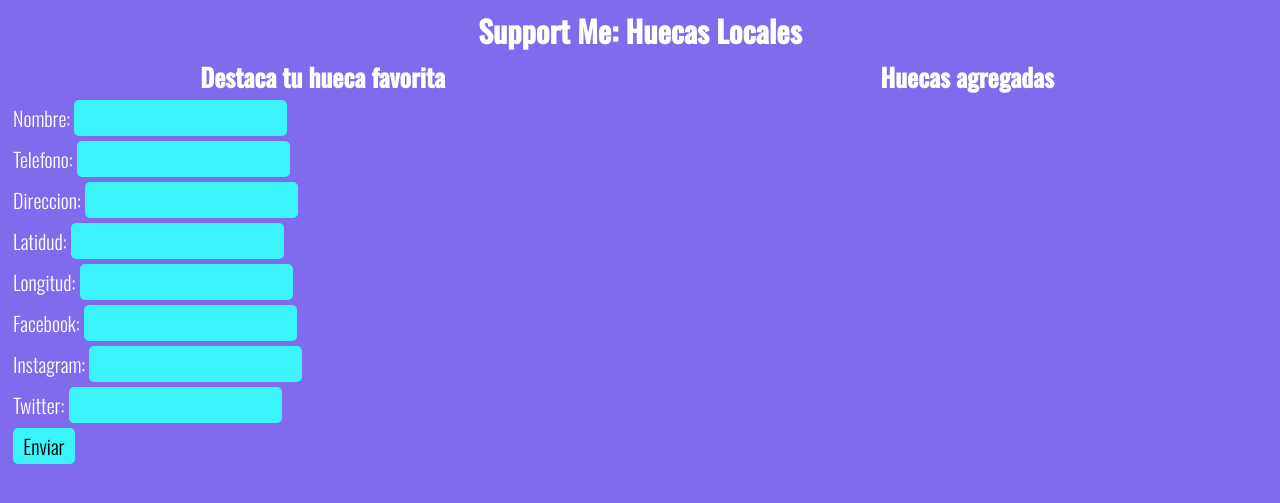
Repository: renzopachecoj/huecas-website
Page: index.html
An editor plug-in stored every save of this project. The page is shown before and after the next save, followed by the edit.
The browser window is 1280 px wide. The pictures show the whole page.

Above is the page before, as saved 2020-08-01 19:09:43.

After the next save:
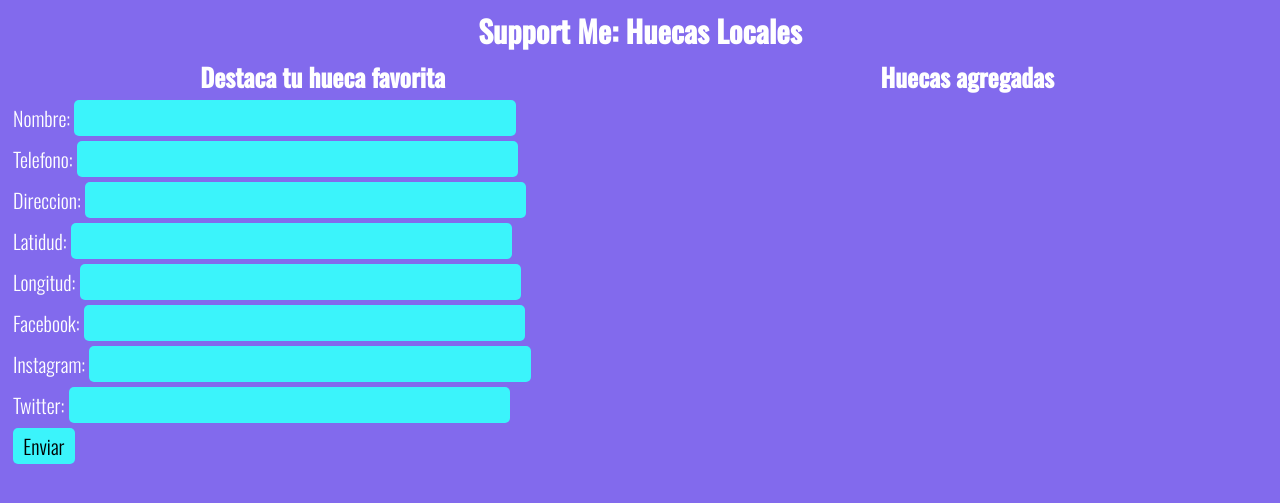
Saved 7 min 6 s later.
--- a/styles.css
+++ b/styles.css
@@ -37,7 +37,7 @@ h2{
     margin: 0px 5px 5px 5px;
 }
 input{
-    width: auto;
+    width: 70%;
     border-radius: 5px;
     border-color: transparent;
     background-color: #3BF4FB;
